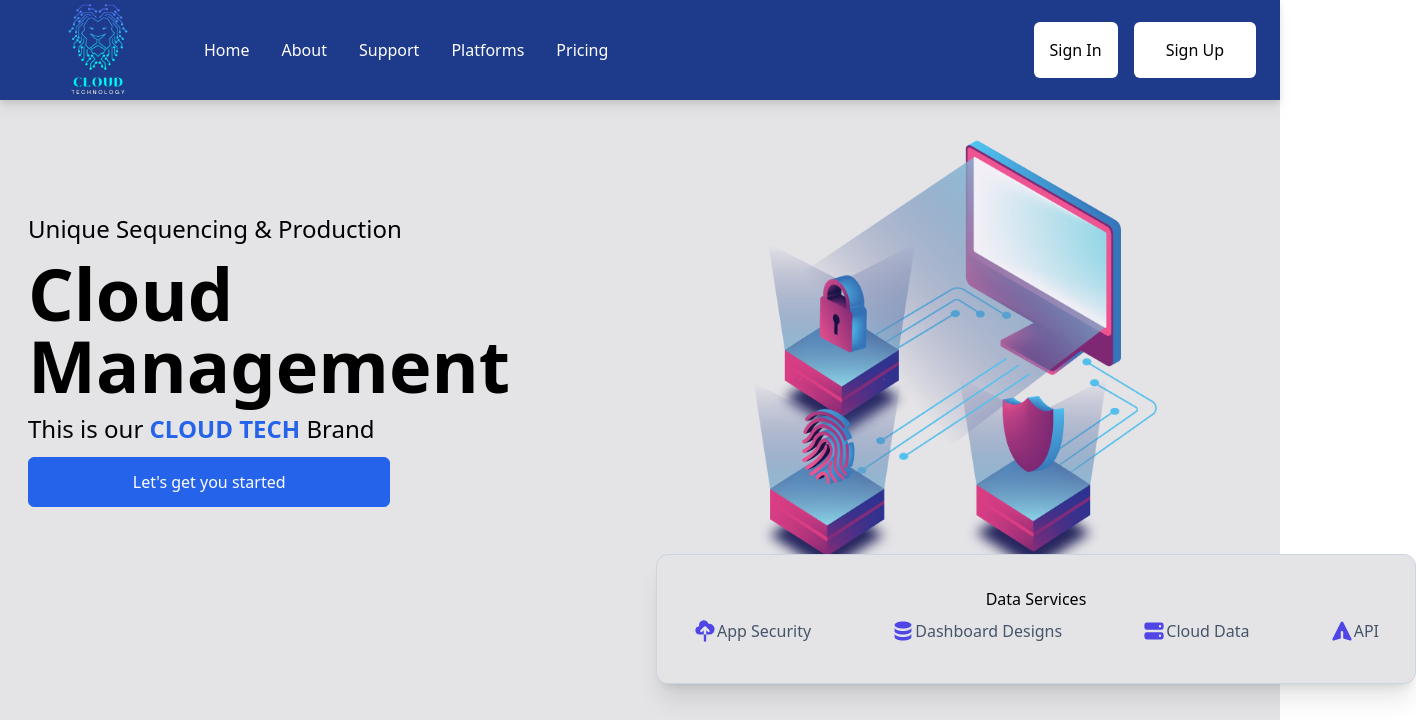
Repository: Esther-Kamau/cloud-management
Page: /
The author's editor kept a copy of each file at every save. The page is drawn from the files as they stood at one save, then again after the next save.
The browser window is 1280 px wide. The page is 1416 px wide, so the pictures cover 1416 px, including what lies to the right of the window. The pictures show the whole page.
The project was rebuilt for these pictures with package versions that can differ from the ones it lists, and the page was loaded fresh each time. A package was used in the major version that the imports need, not the one package.json lists.

Above is the page before, as saved 2023-03-16 18:05:37.

After the next save:
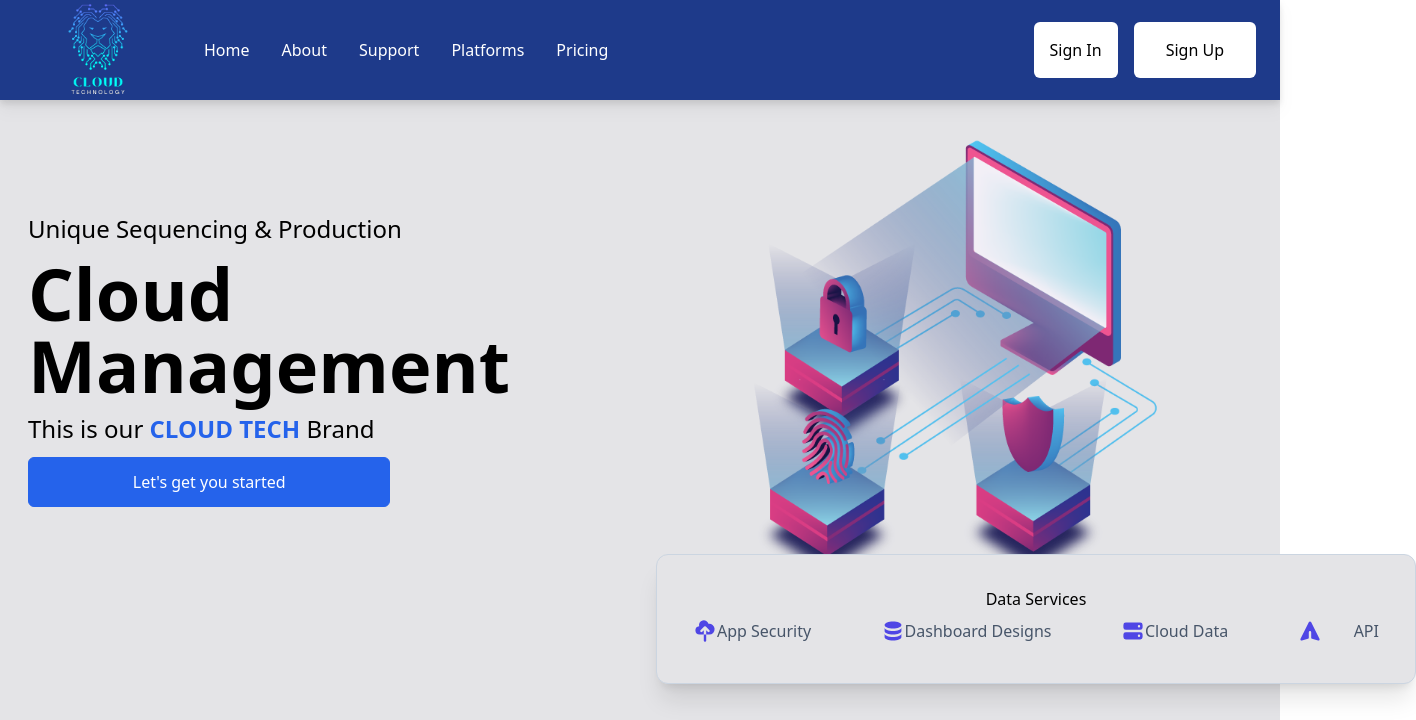
Saved 9 s later.
--- a/src/components/Hero.jsx
+++ b/src/components/Hero.jsx
@@ -38,7 +38,7 @@
             <p className="flex px-4 py-2 text-slate-600"><CloudUploadIcon  className="h-6 text-indigo-600" /> App Security</p>
             <p className="flex px-4 py-2 text-slate-600"><DatabaseIcon className="h-6 text-indigo-600" /> Dashboard Designs</p>
             <p className="flex px-4 py-2 text-slate-600"><ServerIcon className="h-6 text-indigo-600"/> Cloud Data</p>
-            <p className="flex px-4 py-2 text-slate-600"><PaperAirplaneIcon className="h-6 text-indigo-600 sm:mr-8px"/> API</p>
+            <p className="flex px-4 py-2 text-slate-600"><PaperAirplaneIcon className="h-6 text-indigo-600 sm:mr-8"/> API</p>
           </div>
         </div>
       </div>

After the save that followed:
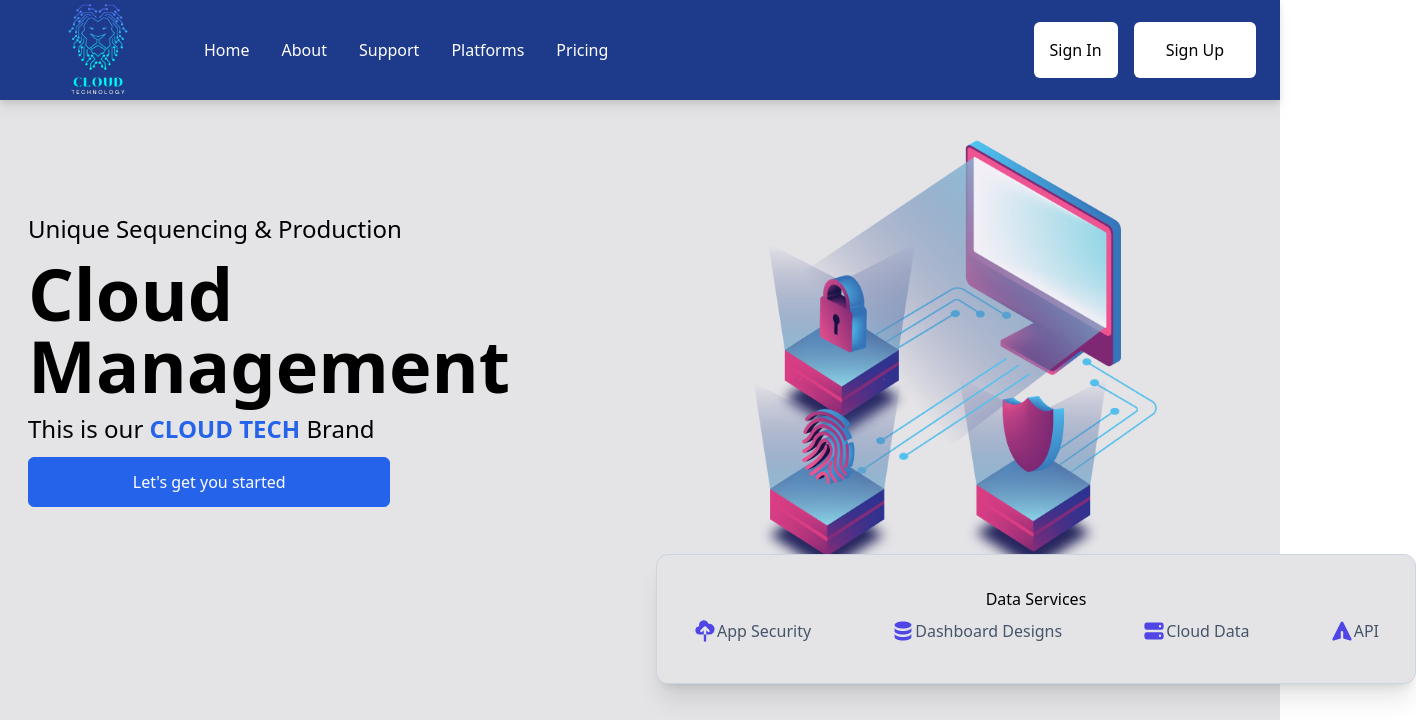
Saved 7 s later.
--- a/src/components/Hero.jsx
+++ b/src/components/Hero.jsx
@@ -38,7 +38,7 @@
             <p className="flex px-4 py-2 text-slate-600"><CloudUploadIcon  className="h-6 text-indigo-600" /> App Security</p>
             <p className="flex px-4 py-2 text-slate-600"><DatabaseIcon className="h-6 text-indigo-600" /> Dashboard Designs</p>
             <p className="flex px-4 py-2 text-slate-600"><ServerIcon className="h-6 text-indigo-600"/> Cloud Data</p>
-            <p className="flex px-4 py-2 text-slate-600"><PaperAirplaneIcon className="h-6 text-indigo-600 sm:mr-8"/> API</p>
+            <p className="flex px-4 py-2 text-slate-600"><PaperAirplaneIcon className="h-6 text-indigo-600"/> API</p>
           </div>
         </div>
       </div>
